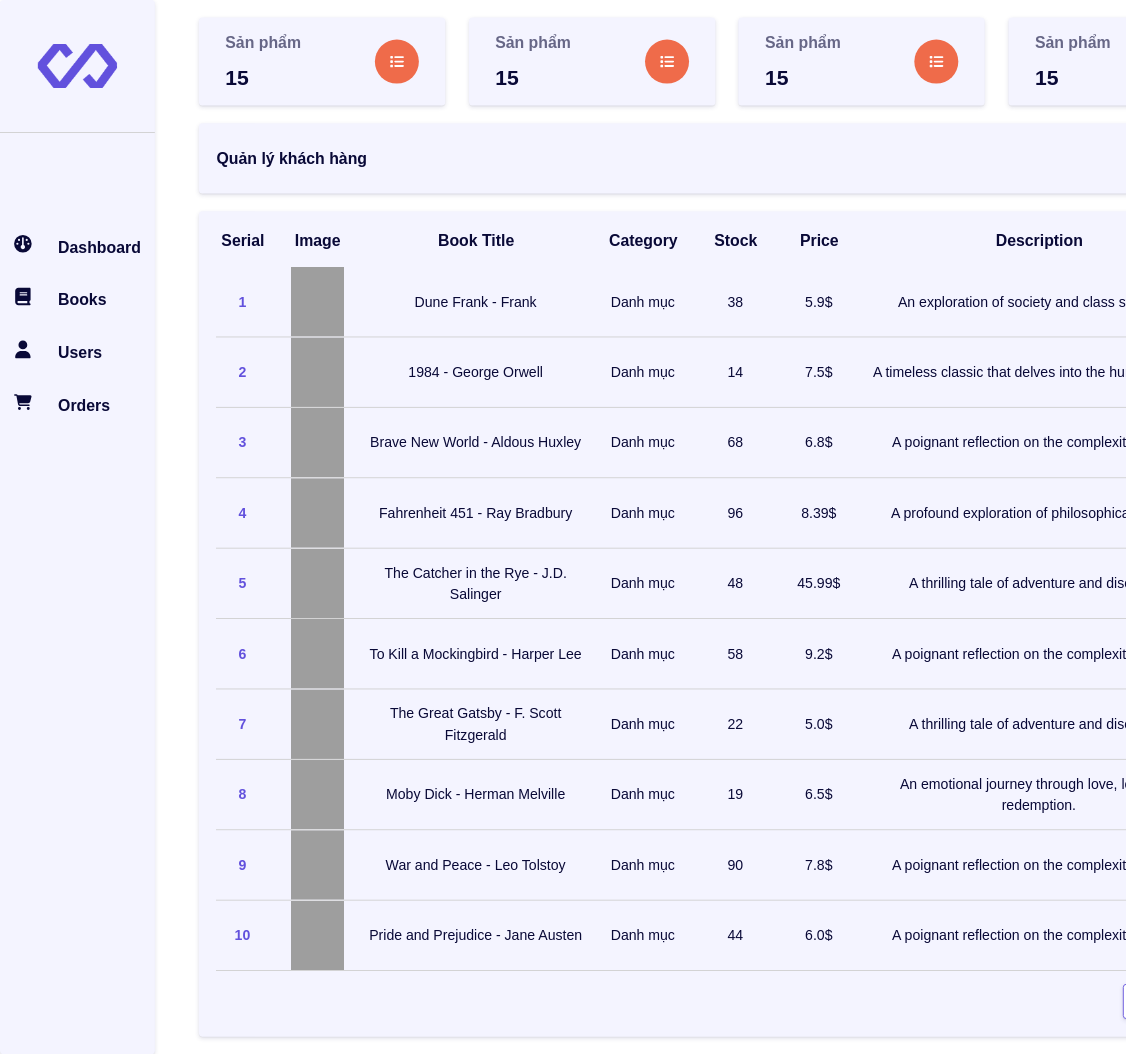
Repository: kauittt/BookStore_FE
Page: / (app in book-store/)
The author's editor kept a copy of each file at every save. The page is drawn from the files as they stood at one save, then again after the next save.
The browser window is 1280 px wide. The pictures show the whole page, at 88% of full size.
Pictures or frames that could not be fetched are drawn as grey boxes. The project was rebuilt for these pictures with package versions that can differ from the ones it lists, and the page was loaded fresh each time. Also part of the build but not shown: book-store/vite.config.js, book-store/src/components/elements/FormInput.jsx, book-store/src/components/login-signup/Login.jsx, book-store/src/components/book/BookItem.jsx, book-store/src/components/book/BookList.jsx, book-store/src/components/elements/BackNavigation.jsx, book-store/src/components/book/BookDetail.jsx, book-store/src/components/cart/QuantitySelector.jsx and 4 more.

Above is the page before, as saved 2024-07-20 11:56:42.

After the next save:
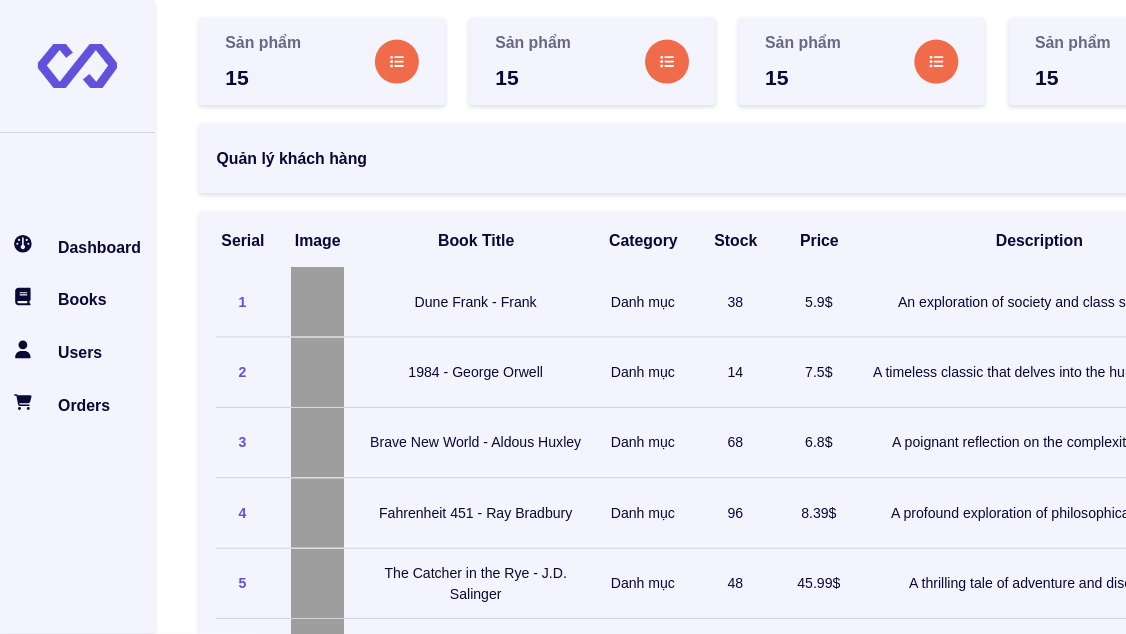
Saved 51 s later.
--- a/book-store/src/components/admin/AdminPage.jsx
+++ b/book-store/src/components/admin/AdminPage.jsx
@@ -16,7 +16,7 @@ const AdminPage = (props) => {
     return (
         <div
             className="flex gap-[30px] justify-between
-        max-h-full overflow-hidden
+        max-h-screen overflow-hidden
         "
         >
             <AdminNav></AdminNav>
